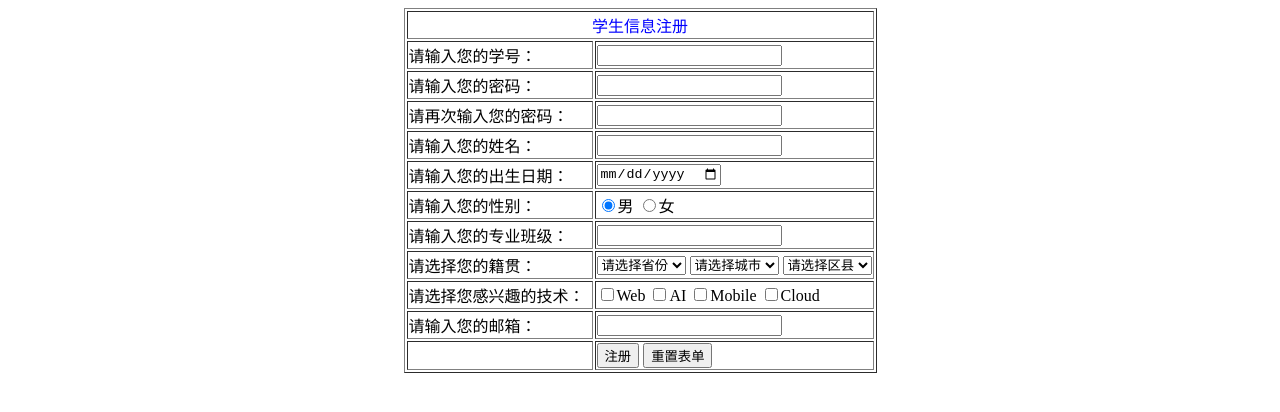
Repository: SlienceYi/webHomework
Page: 3.30作业/com.homework_0330/WebContent/register.html
These files come from the project's save history. The page is drawn as it stood at one moment and after the next save; the edit follows.
The browser window is 1280 px wide. The pictures show the whole page.

Above is the page before, as saved 2019-03-30 07:49:20.

### 3.30作业/com.homework_0330/WebContent/register.html
<!DOCTYPE html>
<html>
	<head>
		<meta charset="UTF-8">
		<script type="text/javascript" src="address.js"></script>
		<title></title>
	</head>

	<body>

		<table  align="center" border="1">
			<form action = "process.jsp" method="post">

			<tr align="center">
				<td colspan="2">
					<font color="blue">学生信息注册</font>
				</td>
			</tr>
			<tr>
				<td width="40%">
					请输入您的学号：
				</td>
				<td>
					<input type="text" name="stuNum" />
				</td>
			</tr>
			<tr>
				<td>
					请输入您的密码：
				</td>
				<td>
					<input type="password" name="password1" />
				</td>
			</tr>
			<tr>
				<td>
					请再次输入您的密码：
				</td>
				<td>
					<input type="password" name="password2"/>
				</td>
			</tr>
			<tr>
				<td>
					请输入您的姓名：
				</td>
				<td>
					<input type="text" name="name"/>
				</td>
			</tr>
			<tr>
				<td>
					请输入您的出生日期：
				</td>
				<td>
					<input type="date" name="birthday"/>
				</td>
			</tr>
			<tr>
				<td>
					请输入您的性别：
				</td>
				<td>
					<input type="radio" name="sex" value="boy" checked/>男
					<input type="radio" name="sex" value="girl" />女
				</td>
			</tr>
			<tr>
				<td>
					请输入您的专业班级：
				</td>
				<td>
					<input type="text" name="major" />
				</td>
			</tr>
			<tr>
				<td>
					请选择您的籍贯：
				</td>
				<td>
					<select id="cmbProvince" name="cmbProvince"></select>
					<select id="cmbCity" name="cmbCity"></select>
					<select id="cmbArea" name="cmbArea"></select>
					<script type="text/javascript">
					addressInit('cmbProvince', 'cmbCity', 'cmbArea');
					</script>
					<!--<select>
						<option>江西</option>
						<option>福建</option>
						<option>广东</option>
					</select>-->
				</td>
			</tr>
			<tr>
				<td>
					请选择您感兴趣的技术：
				</td>
				<td>
					<input type="checkbox" name="interest" value="web"/>Web
					<input type="checkbox" name="interest" value="ai"/>AI
					<input type="checkbox" name="interest" value="mobile"/>Mobile
					<input type="checkbox" name="interest" value="clode"/>Cloud
				</td>
			</tr>
				<td>
					请输入您的邮箱：
				</td>
				<td>
					<input type="text" />
				</td>
			<tr>
				<td>

				</td>
				<td>
					<input type="submit" value="注册" />
					<input type="reset" value="重置表单" />
				</td>

			</tr>

			</form>
		</table>

	</body>
</html>

Loaded but not shown: 3.30作业/com.homework_0330/WebContent/address.js (905 lines, source omitted)

After the next save:
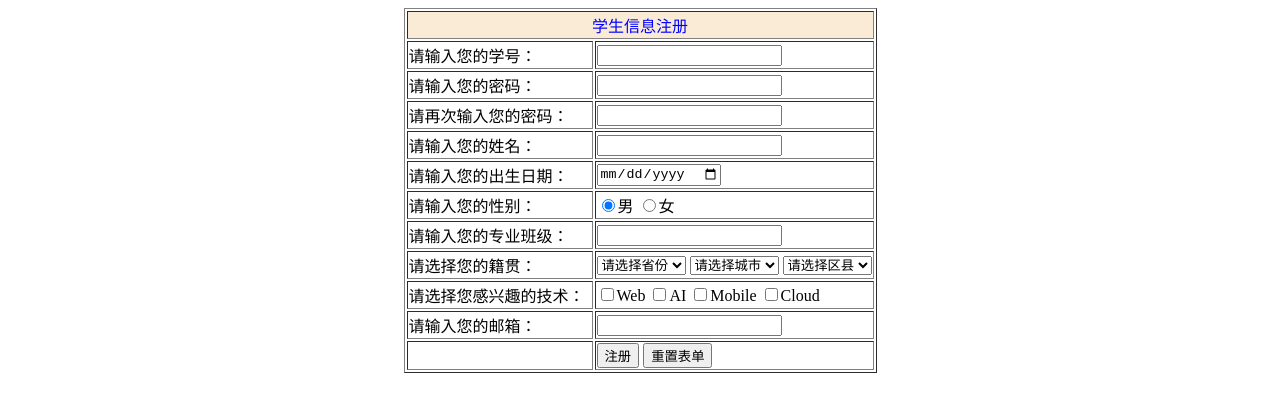
Saved 2 min 51 s later.
--- a/3.30作业/com.homework_0330/WebContent/register.html
+++ b/3.30作业/com.homework_0330/WebContent/register.html
@@ -8,10 +8,10 @@
 
 	<body>
 
-		<table  align="center" border="1">
+		<table  align="center" border="1" >
 			<form action = "process.jsp" method="post">
 
-			<tr align="center">
+			<tr align="center" bgcolor="antiquewhite">
 				<td colspan="2">
 					<font color="blue">学生信息注册</font>
 				</td>
